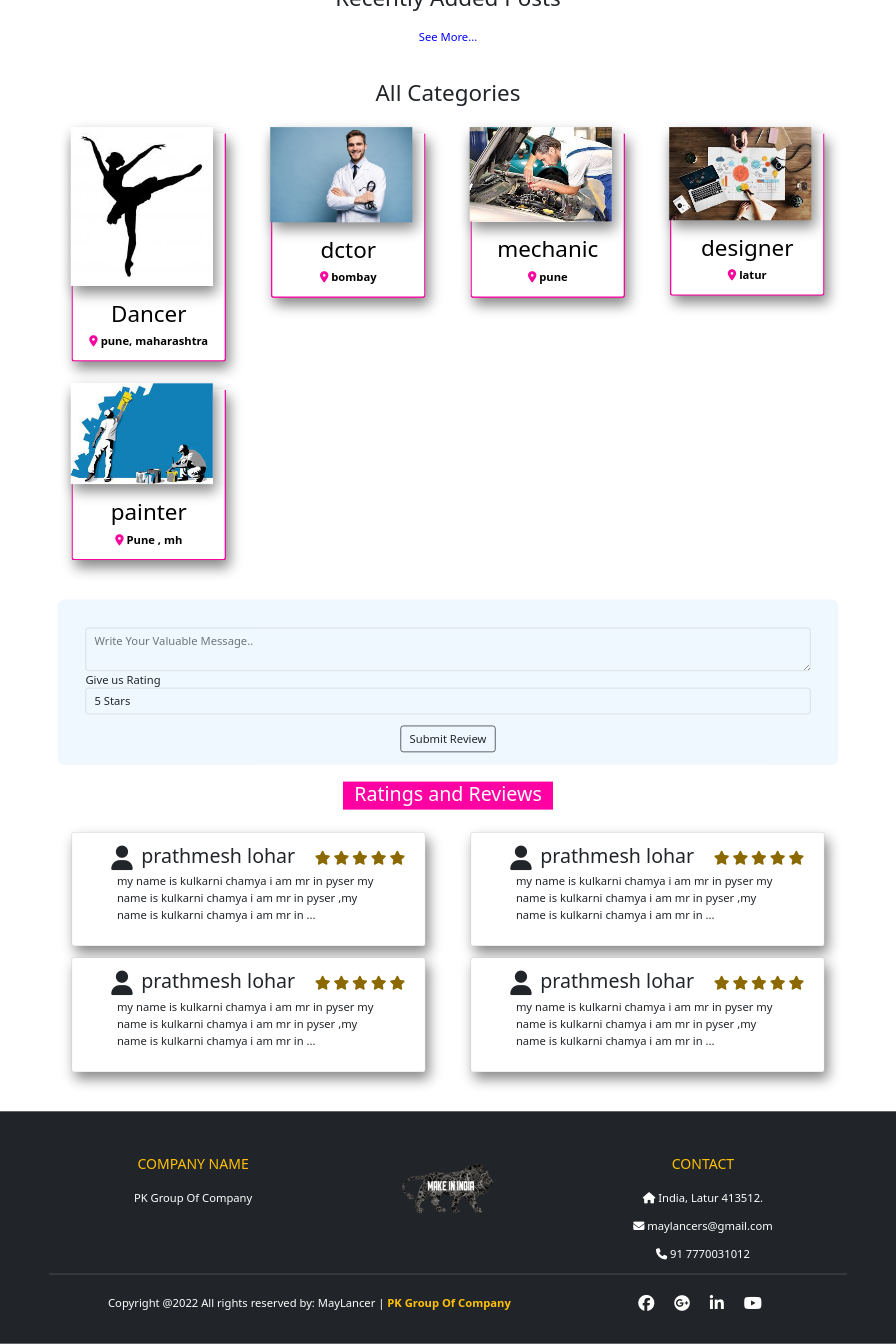
Repository: prathmesh2023/maylancers
Page: http://localhost/
The author's editor kept a copy of each file at every save. The page is drawn from the files as they stood at one save, then again after the next save.
The browser window is 1280 px wide. The pictures show the part of the page from y = 901 to 2821 px (the page is 2821 px tall before and 2779 px after), at 70% of full size.
Some web fonts or font styles are not loaded; a fallback is used. Some web libraries are served in a nearby version. The page is served by the project's application, run on Django 3.2 (manage.py). Other server files are loaded and not shown. The page reads the database file committed with the project. Queries for data that is not in the repository find no rows.

Above is the page before, as saved 2022-02-16 14:53:35.

### templates/home.html
 {% extends "base.html" %} {% block title %} MayLancers {% endblock title %} {% load static %} {% block main %}
<div class="bgc" style=" background-image: url(' {% static 'img/2.gif' %} ');">

    <div class="searchbox container py-5">

        <h2 class="py-4 text-white text-center h1 jone">Find Work Or Workers For Every Field:</h2>

        <form action="/search" method="post" class="form">
            {% csrf_token %}
            <div class="input-group">

                <input required name="text" type="text" class="form-control" aria-label="Text input with dropdown button" placeholder="">
                <div class="input-group-append">
                    <button class="btn primary-bg bt text-white " type="submit"><span class="fa fa-search"> </span> Search</button>

                </div>
            </div>
        </form>


        <div class="container text-center text-white my-4 rounded-0 pj">
            {% comment %} <a href="post_job"><button class="btn primary-bg btn-lg"><span class="fa fa-edit" style=> </span> Post Job</button></a> {% endcomment %}



        </div>


    </div>


</div>
</div>



<!-- cards -->
<!-- <div class="container card_main ">
    <div class="row ">
        <div class="col-md-3 justify-content-center">

            <div class="card  m-0 p-0" style="border: solid 2px #f5069d ; border-top-right-radius: 0px; border-top-left-radius: 0px; border-top: none ;">
                <div class="card-body ">
                    <img src="{% static 'img/card/Painter.jpg' %} " class="img border-0 p-0">
                    <h2 style="margin-top:20px;">
                        Painter
                    </h2>
                    <p class="card-text"><b>Find Painters nearby you</b></p>
                    <a href="#" class="btn sub">  Find </a>
                </div>
            </div>

        </div>


        <div class="col-md-3">

            <div class="card  m-0 p-0" style="border: solid 2px #f5069d ; border-top-right-radius: 0px; border-top-left-radius: 0px; border-top: none ;">
                <div class="card-body ">
                    <img src="{% static 'img/card/mechanic.jpg' %} " class="img border-0 p-0">
                    <h2 style="margin-top:20px;">
                        Mechanic
                    </h2>
                    <p class="card-text"><b>Find Mechanics nearby you</b></p>
                    <a href="#" class="btn sub"> Find </a>
                </div>
            </div>

        </div>



        <div class="col-md-3">

            <div class="card  m-0 p-0" style="border: solid 2px #f5069d ; border-top-right-radius: 0px; border-top-left-radius: 0px; border-top: none ;">
                <div class="card-body ">
                    <img src="{% static 'img/card/designer1.jpg' %} " class="img border-0 p-0">
                    <h2 style="margin-top:20px;">
                        Designer
                    </h2>
                    <p class="card-text"><b>Find Designer nearby you</b></p>
                    <a href="#" class="btn sub"> Find </a>
                </div>
            </div>

        </div>


        <div class="col-md-3">

            <div class="card  m-0 p-0" style="border: solid 2px #f5069d ; border-top-right-radius: 0px; border-top-left-radius: 0px; border-top: none ;">
                <div class="card-body ">
                    <img src="{% static 'img/card/doctor.jpg' %}" class="img border-0 p-0">
                    <h2 style="margin-top:20px;">
                        Doctor
                    </h2>
                    <p class="card-text"><b>Find Doctors nearby you</b></p>
                    <a href="#" class="btn sub"> Find </a>
                </div>
            </div>

        </div>
    </div>
</div> -->

<div class="container-fluid card-main "style=" background: white;">
 <div class="row">


    <div class="col-md-3 text-center  boxed text-white" style="background-color: #ff3001c7; ">
       <a href="/jobs"> <h4 class="h4 my-2"> Hire Freelancer <span class="mx-3 fa fa-arrow-right fa-sm"> </span></h4></a>

    </div>

    <div class="col-md-3 text-center  boxed " style="background-color: white;">
        <a href="/profile"> <h4 class="h4 my-2" style="color: blue;"> Work as Freelancer <span class="mx-3 fa fa-arrow-right fa-sm"> </span></h4></a>

    </div>

    <div class="col-md-3 text-center  boxed text-white" style="background-color: green; ">
        <a href="/post_job"> <h4 class="h4 my-2"> Post a Job <span class="mx-3 fa fa-arrow-right fa-sm"> </span></h4>
</a>
    </div>

    <div class="col-md-3 text-center  boxed text-white" style="background-color: #41464b; ">
        <a href="categories"><h4 class="h4 my-2"> All Categories <span class="mx-3 fa fa-arrow-right fa-sm"> </span></h4>
</a>
    </div>

 </div>

</div>

<style >
    .boxed{
        height: 55px;
        font-family: 'Jockey One';
        padding: 3px;
    }
    a{
        text-decoration: none;
        color: white;
    }
</style>

<!--
<div class="container card_main ">

    <div class="row">
        {% for h in cat %} {% if forloop.counter0|divisibleby:4 %}
    </div><br>
    <div class="row">
        {% endif %}
        <div class="col-md-3 text-center my-2">
            <a href="/category/{{h.title}}" style="text-decoration: none; color:black">
                <div class="card  " style="border: solid 2px #f5069d ; border-top-right-radius: 0px; border-top-left-radius: 0px; border-top: none ;">
                    <div class="card-body ">
                        <img src="{{h.thumbnail.url}} " class="img border-0 p-0">
                        <h2 style="margin-top:20px;">
                            {{h.title}}
                        </h2>
                        <p class="card-text"><b><span class="fa fa-map-marker" style="color:#f5069d"> </span>  {{h.location}}</b></p>

                    </div>
                </div>
            </a>
        </div>
        {% endfor %}
    </div>
</div> -->

<br>

<div class="container text-center">
    <h2 style=" font-family:Concert One';"> How does freelancing work?</h2>
</div>

<div class="container text-center" style="box-shadow: 5px 5px 8px 5px #888888; padding: 25px; font-size: smaller;">
    <p class="list-inline">
        Freelancers accept payment in return for providing some sort of service. That agreement is generally part-time or short term.
        <br>

       For example, if I hired a photographer to take new headshots for me, I could pay a freelancer for that session and that would be the end of it.
       <br>
     Sometimes people pay freelancers to work a set number of hours per week or per month. That arrangement is often referred to as a “retainer.”
     <br>

    A retainer refers to when you retain the services or right to someone’s time. A lot of legal professionals work on retainer. Every month, they bill
    <br>
        a set amount of time to the client, regardless of whether that full time is used or not.
        A retainer refers to when you retain the services or right to someone’s time. A lot of legal professionals work on retainer. Every month, they bill a set amount of time to the client, regardless of

</p>
</div>

<div class="container text-center my-4">
    <h2 style=" font-family:Concert One';"> Recently Added Posts</h2>
</div>


<div class="container rpost">

    <div class="container">
        <div class="col-4">

        </div>
        <div class="col-4">

        </div>

    </div>


    <div class="container my-4  ">

        {% for i in post %}
        <div class="row my-3" style="box-shadow: 5px 5px 8px 5px #888888; padding: 25px;">
            <div class="col imgcol">
                <img src="{{i.thumb.url}}" class="rounded float-left " alt="...">

            </div>
            <div class="col-6">
                <h2>{{i.title}}</h2>
                <p>{{i.desc}}</p>

                <p><span class="fa fa-user"> </span> {{i.user}}</p>
                <button class="btn btn-secondary btn-sm">{{i.cat}}</button>
            </div>
            <div class="col">
                <b><p><span class="fa fa-map-marker"> </span> {{i.loc}}</p></b>

                <b>Amount:</b>
                <br>

                <b>From : Rs. {{i.afrom}} /-</b>
                <br>
                <b>To : Rs. {{i.ato}} /-</b> {% if i.done is True %}

               <button class="btn btn-danger rounded-0 w-100 my-3"> Closed</button>
                {% else %}
                <a href="apply/{{i.title}}/{{i.id}}"> <button class="btn primary-bg text-white rounded-0 w-100 my-3"> Apply</button></a>
                {% endif %}


            </div>
        </div>
        {% endfor %}

    </div>

</div>


<div class="container  mpost ">

{% for i in post %}
<div class="row my-3" style="box-shadow: 5px 5px 8px 5px #888888; padding: 25px;">

    <div class="card-body">

         <img src="{{i.thumb.url}}" class="rounded " alt="thumbnail" style="width: 100%; height: 170px;">
         <h2>{{i.title}}</h2>
         <p>{{i.desc}}</p>
        <div class="row">
            <div class="col">
                         <p><span class="fa fa-user"> </span> {{i.user}}</p>

         <p><span class="fa fa-map-marker"> </span> {{i.loc}}</p>
          <button class="btn btn-secondary btn-sm p-0 p-0" style="margin-top: -8px;">{{i.cat}}</button>



            </div>
            <div class="col">
                                <b>Amount:</b>
                <br>

                <p>From : Rs. {{i.afrom}} /-</p>

                <p>To : Rs. {{i.ato}} /-</p>

            </div>
        </div>


    </div>

    <div class="card-footer">
     {% if i.done is True %}

               <button class="btn btn-danger  rounded-0  w-100 my-3"> Closed</button>
                {% else %}
                <a href="apply/{{i.title}}/{{i.id}}"> <button class="btn primary-bg text-white rounded-0 w-100 my-3"> Apply</button></a>
                {% endif %}
    </div>

</div>

{% endfor %}

</div>

<p class="text-center"><a href="/jobs" style="color: blue;"> See More... </a></p>

<br>


<div class="container text-center my-2">
    <h2 style=" font-family:Concert One';"> All Categories</h2>
</div>


<!-- cards -->

<div class="container card_main " style="margin-top:0px">

    <div class="row">
        {% for h in cat %} {% if forloop.counter0|divisibleby:4 %}
    </div><br>
    <div class="row">
        {% endif %}
        <div class="col-md-3 text-center my-2">
            <a href="/category/{{h.title}}" style="text-decoration: none; color:black">
                <div class="card  " style="border: solid 2px #f5069d ; border-top-right-radius: 0px; border-top-left-radius: 0px; border-top: none ;">
                    <div class="card-body ">
                        <img src="{{h.thumbnail.url}} " class="img border-0 p-0">
                        <h2 style="margin-top:20px;">
                            {{h.title}}
                        </h2>
                        <p class="card-text"><b><span class="fa fa-map-marker" style="color:#f5069d"> </span> {{h.location}}</b></p>

                    </div>
                </div>
            </a>
        </div>
        {% endfor %}
    </div>
</div>

<br>


<div class="container my-4">

    <form class="form-group">
        <textarea class="form-control" placeholder="Write Your Valuable Message.." name="msg"></textarea>
        <input type="hidden" class="form-control" placeholder="" name="user" value="{{user}}">


        <label class="col-md-2 control-label" for="rating">Give us Rating</label>

        <select class="form-control" name="rating" id="rating">
            <option value="5">5 Stars</option>
            <option value="4">4 Stars</option>
            <option value="3">3 Stars</option>
            <option value="2">2 Stars</option>
            <option value="1">1 Stars</option>

        </select>

        <center>
            <button type="submit" class="btn btn-outline-dark my-3">Submit Review</button>
        </center>
    </form>

</div>


<div class="container text-center my-4 cmt">

    <h3 style="">Ratings and Reviews</h3>


</div>

<style>

</style>

<div class="container cmtd">
    <div class="row">
        <div class="col-md-6 my-2">
            <div class="card">
                <div class="card-body">
                    <div class="row">
                        <div class="col-2 ">
                            <span class="fa fa-user"></span>
                        </div>
                        <div class="col-6">
                            <h3>prathmesh lohar</h3>
                        </div>
                        <div class="col-4">
                            <span class="fa fa-star"></span>
                            <span class="fa fa-star"></span>
                            <span class="fa fa-star"></span>
                            <span class="fa fa-star"></span>
                            <span class="fa fa-star"></span>
                        </div>

                    </div>


                    <p class="p mx-5 justify-content">my name is kulkarni chamya i am mr in pyser my name is kulkarni chamya i am mr in pyser ,my name is kulkarni chamya i am mr in ... </p>

                </div>
            </div>
        </div>



        <div class="col-md-6 my-2">
            <div class="card">
                <div class="card-body">
                    <div class="row">
                        <div class="col-2 ">
                            <span class="fa fa-user"></span>
                        </div>
                        <div class="col-6">
                            <h3>prathmesh lohar</h3>
                        </div>
                        <div class="col-4">
                            <span class="fa fa-star"></span>
                            <span class="fa fa-star"></span>
                            <span class="fa fa-star"></span>
                            <span class="fa fa-star"></span>
                            <span class="fa fa-star"></span>
                        </div>

                    </div>


                    <p class="p mx-5 justify-content">my name is kulkarni chamya i am mr in pyser my name is kulkarni chamya i am mr in pyser ,my name is kulkarni chamya i am mr in ... </p>

                </div>
            </div>
        </div>



        <div class="col-md-6 my-2">
            <div class="card">
                <div class="card-body">
                    <div class="row">
                        <div class="col-2 ">
                            <span class="fa fa-user"></span>
                        </div>
                        <div class="col-6">
                            <h3>prathmesh lohar</h3>
                        </div>
                        <div class="col-4">
                            <span class="fa fa-star"></span>
                            <span class="fa fa-star"></span>
                            <span class="fa fa-star"></span>
                            <span class="fa fa-star"></span>
                            <span class="fa fa-star"></span>
                        </div>

                    </div>


                    <p class="p mx-5 justify-content">my name is kulkarni chamya i am mr in pyser my name is kulkarni chamya i am mr in pyser ,my name is kulkarni chamya i am mr in ... </p>

                </div>
            </div>
        </div>



        <div class="col-md-6 my-2">
            <div class="card">
                <div class="card-body">
                    <div class="row">
                        <div class="col-2 ">
                            <span class="fa fa-user"></span>
                        </div>
                        <div class="col-6">
                            <h3>prathmesh lohar</h3>
                        </div>
                        <div class="col-4">
                            <span class="fa fa-star"></span>
                            <span class="fa fa-star"></span>
                            <span class="fa fa-star"></span>
                            <span class="fa fa-star"></span>
                            <span class="fa fa-star"></span>
                        </div>

                    </div>


                    <p class="p mx-5 justify-content">my name is kulkarni chamya i am mr in pyser my name is kulkarni chamya i am mr in pyser ,my name is kulkarni chamya i am mr in ... </p>

                </div>
            </div>
        </div>



    </div>
</div>

<center>
    <a href="#" style="text-decoration: none;"> See More Reviews...</a>
</center>



<div class="container cmtm">



    <div class="row">
        <div class="col-md-6 my-2">
            <div class="card">
                <div class="card-body">

                    <div class="user ">

                        <span class="fa fa-user uml"></span>


                        <span class="h3 mx-3">prathmesh lohar</span>

                    </div>

                    <div class="star mx-5"> <span class="fa fa-star"></span>
                        <span class="fa fa-star"></span>
                        <span class="fa fa-star"></span>
                        <span class="fa fa-star"></span>
                        <span class="fa fa-star"></span>
                    </div>





                    <p class="p mx-5 justify-content">my name is kulkarni chamya i am mr in pyser my name is kulkarni chamya i am mr in pyser ,my name is kulkarni chamya i am mr in ... </p>

                </div>
            </div>
        </div>
</div>
</div>


<style>
    .fa-user {
        font-size: 35px;
        margin-left: 40px;
        margin-top: 3px;
    }

    .uml {
        font: size 10px;
    }

    .cmt {
        color: rgb(255, 255, 255);
        background-color: rgb(255, 0, 162);
        height: 40px;
        width: 300px;
    }

    .fa-star {
        font-size: 20px;
        margin-top: 10px;
        color: #8c6801;
    }

    .btn-outline-dark:hover {
        background-color: #0079ebcb;
    }

    form {
        background-color: aliceblue;
        padding: 40px 40px 2px 40px;
        border-radius: 10px;
    }

    .form-control {
        background-color: aliceblue;
    }

    .cmtd {
        display: block;
    }

    .cmtm {
        display: none;
    }

    @media screen and (max-width: 600px) {
        .fa-user {
            font-size: 20px;
            margin-left: 50px;
            margin-top: 0px;
        }
        .cmtd {
            display: none;
        }
        .cmtm {
            display: block;
        }
    }
</style>

<br/>


<style>

    .card_main {
    margin-top: 40px;
}

    .mpost{
        display: none;
    }

     @media  screen and (max-width: 900px) {
       .mpost{
        display: block;
    }
    .rpost{
        display: none;
    }
    }
    .rpost img {
        max-width: 90%;
    }

    @media  screen and (max-width: 900px) {
        .imgcol {
            display: none;
        }
    }
</style>




{% endblock main %}

### app1/models.py
from django.db import models

# Create your models here.
from django.contrib.auth.models import User

class profile(models.Model):
    user = models.OneToOneField(User, on_delete=models.CASCADE)
    about = models.CharField(max_length=100)
    dp = models.ImageField('dp', upload_to="app1/img/dp")


class category(models.Model):
    title = models.CharField(max_length=200)
    location = models.CharField(max_length=200)
    thumbnail = models.ImageField('thumbnail', upload_to="app1/img/category")
    desc = models.TextField()


    def __str__(self):
        return self.title


class post(models.Model):

    title = models.CharField(max_length=200)
    loc = models.CharField(max_length=200)
    desc = models.TextField()
    cat = models.CharField(max_length=200)
    thumb = models.ImageField('thumb', upload_to="app1/img/post/thumb")
    afrom = models.IntegerField()
    ato = models.IntegerField()
    user = models.CharField(max_length=200,default="def")
    done = models.BooleanField(default=False)

    def __str__(self):
        return self.title


class proposal(models.Model):

    post = models.ForeignKey("post",  on_delete=models.CASCADE ,default=1)

    text = models.TextField()

    mob = models.CharField(max_length=150)

    user = models.CharField(max_length=150)



    def __str__(self):
        return self.user

### maylancer/urls.py
"""maylancer URL Configuration

The `urlpatterns` list routes URLs to views. For more information please see:
    https://docs.djangoproject.com/en/3.2/topics/http/urls/
Examples:
Function views
    1. Add an import:  from my_app import views
    2. Add a URL to urlpatterns:  path('', views.home, name='home')
Class-based views
    1. Add an import:  from other_app.views import Home
    2. Add a URL to urlpatterns:  path('', Home.as_view(), name='home')
Including another URLconf
    1. Import the include() function: from django.urls import include, path
    2. Add a URL to urlpatterns:  path('blog/', include('blog.urls'))
"""
from django.contrib import admin
from django.urls import path,include

urlpatterns = [
    path('admin/', admin.site.urls),
    path('',include('app1.urls'))
]

### app1/urls.py
from django.contrib import admin
from django.urls import path
from app1 import views

from django.conf import settings
from django.conf.urls.static import static

urlpatterns = [
    path("", views.home , name="home"),
    path("login", views.login, name="login"),
    path("logout", views.logout,name="logout"),
    path("profile", views.profile, name="profile"),
    path("register", views.register, name="register"),
    path("post_job", views.post_job, name="post_job"),
    path("apply/<str:title>/<int:id>", views.apply, name="apply"),
    path("proposal", views.proposal, name="proposal"),
    path("category/<str:title>", views.category, name="category"),
    path("search", views.search,name="search"),
    path("categories", views.categories, name="categories"),
    path('jobs', views.jobs, name="jobs"),

    path("success", views.success, name="success"),


]+ static(settings.MEDIA_URL, document_root=settings.MEDIA_ROOT)

### db.sqlite3 (the tables this page reads, as SQL)
CREATE TABLE "app1_category" ("id" integer NOT NULL PRIMARY KEY AUTOINCREMENT, "title" varchar(200) NOT NULL, "location" varchar(200) NOT NULL, "desc" text NOT NULL, "thumbnail" varchar(100) NULL);
INSERT INTO "app1_category" VALUES
(1, 'painter', 'Pune , mh', 'painter', 'app1/img/category/painter_LAaJ8Te.jpg'),
(2, 'designer', 'latur', 'designer', 'app1/img/category/designer1.jpg'),
(3, 'mechanic', 'pune', 'mechanic', 'app1/img/category/mechanic.jpg'),
(4, 'dctor', 'bombay', 'dector', 'app1/img/category/doctor.jpg'),
(6, 'Dancer', 'pune, maharashtra', 'I want a Bar dancer', 'app1/img/category/download.jpg');

Loaded but not shown: static/bootstrap-5/css/bootstrap.min.css (library); templates/base.html (422 lines, source omitted); app1/views.py (226 lines, source omitted); static/css/main.css (181 lines, source omitted)

After the next save:
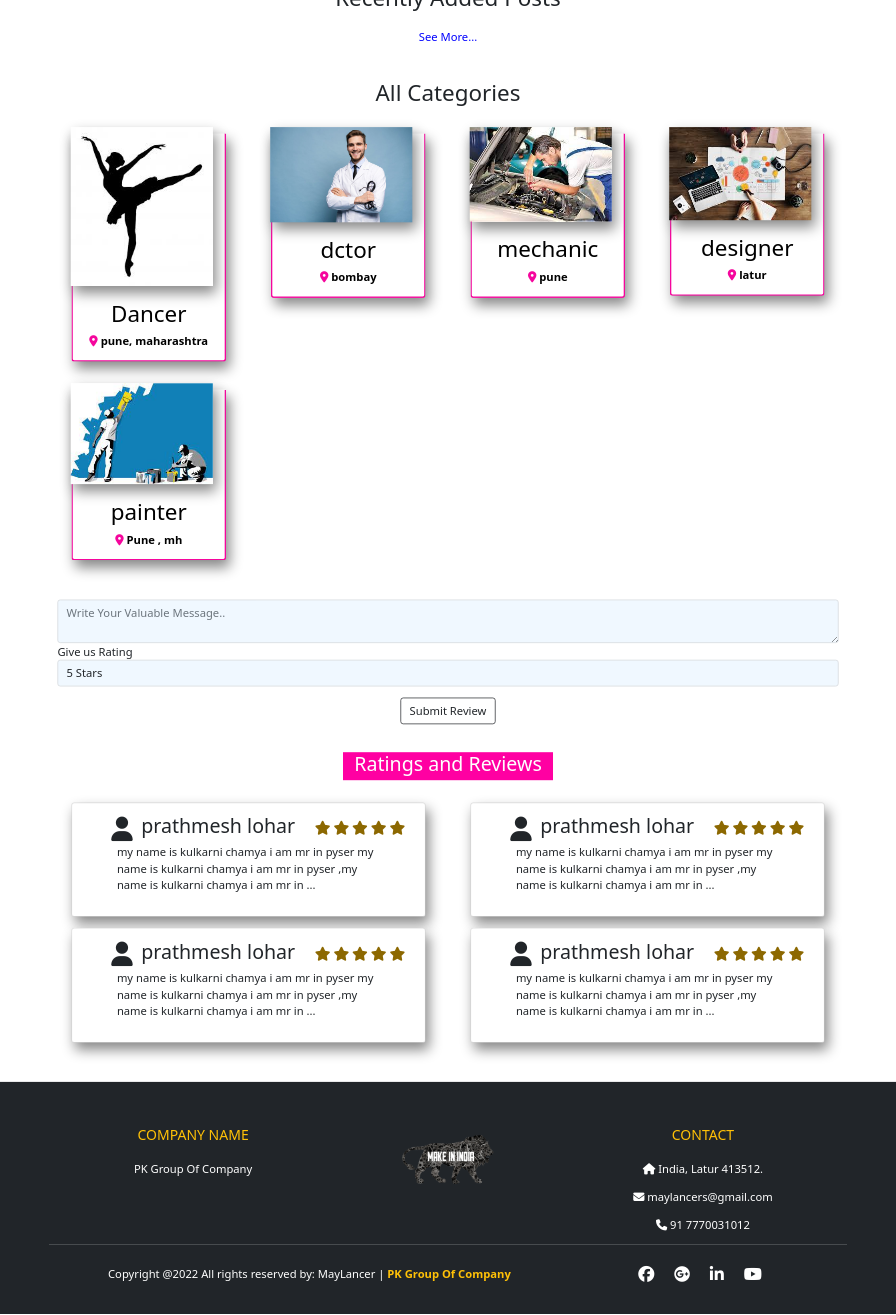
Saved 55 s later.
--- a/templates/home.html
+++ b/templates/home.html
@@ -570,7 +570,7 @@
         background-color: #0079ebcb;
     }
 
-    form {
+    .form {
         background-color: aliceblue;
         padding: 40px 40px 2px 40px;
         border-radius: 10px;
